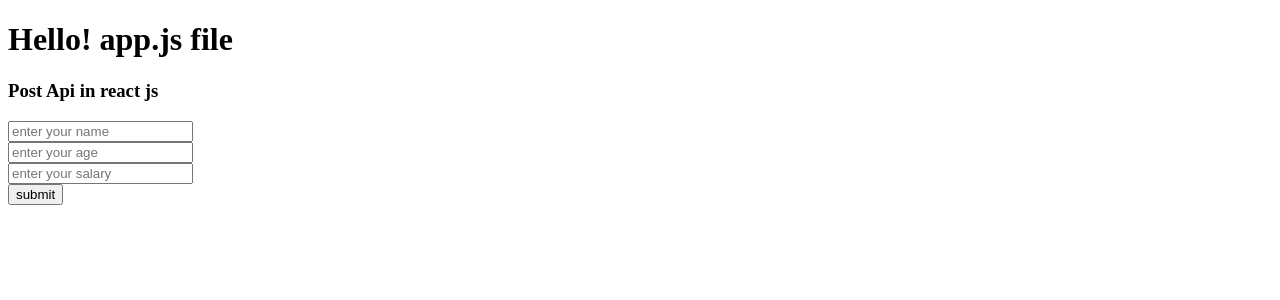
Repository: Gulzarokz/React_Course_Review
Page: / (app in vite-Project/)
The author's editor kept a copy of each file at every save. The page is drawn from the files as they stood at one save, then again after the next save.
The browser window is 1280 px wide. The pictures show the whole page.
The project was rebuilt for these pictures with package versions that can differ from the ones it lists, and the page was loaded fresh each time. Also part of the build but not shown: vite-Project/vite.config.js.

Above is the page before, as saved 2026-04-29 14:45:22.

After the next save:
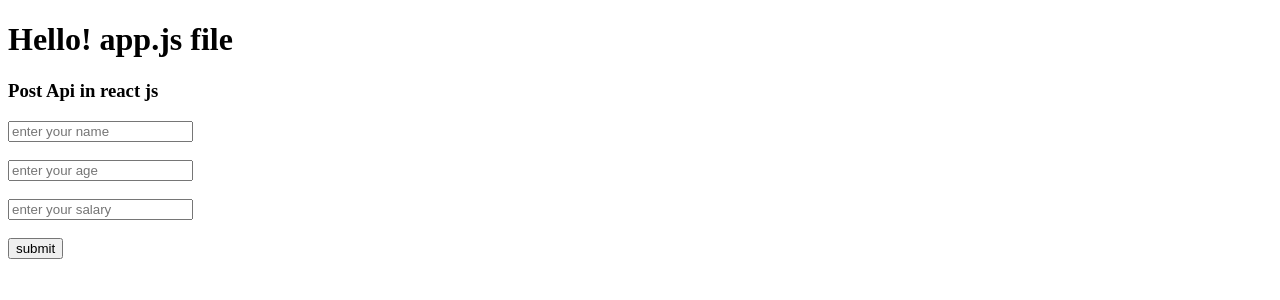
Saved 26 s later.
--- a/vite-Project/src/PostApi.jsx
+++ b/vite-Project/src/PostApi.jsx
@@ -12,19 +12,19 @@ const PostApi = () => {
                 placeholder='enter your name'
                 value={name}
                 onChange={(e) => setName(e.target.value)}
-            /><br />
+            /><br /><br />
             <input
                 type="number"
                 placeholder='enter your age'
                 value={name}
                 onChange={(e) => setAge(e.target.value)}
-            /><br />
+            /><br /><br />
             <input
                 type="number"
                 placeholder='enter your salary'
                 value={name}
                 onChange={(e) => setSalary(e.target.value)}
-            /><br />
+            /><br /><br />
             <button>submit</button>
         </>
     )
